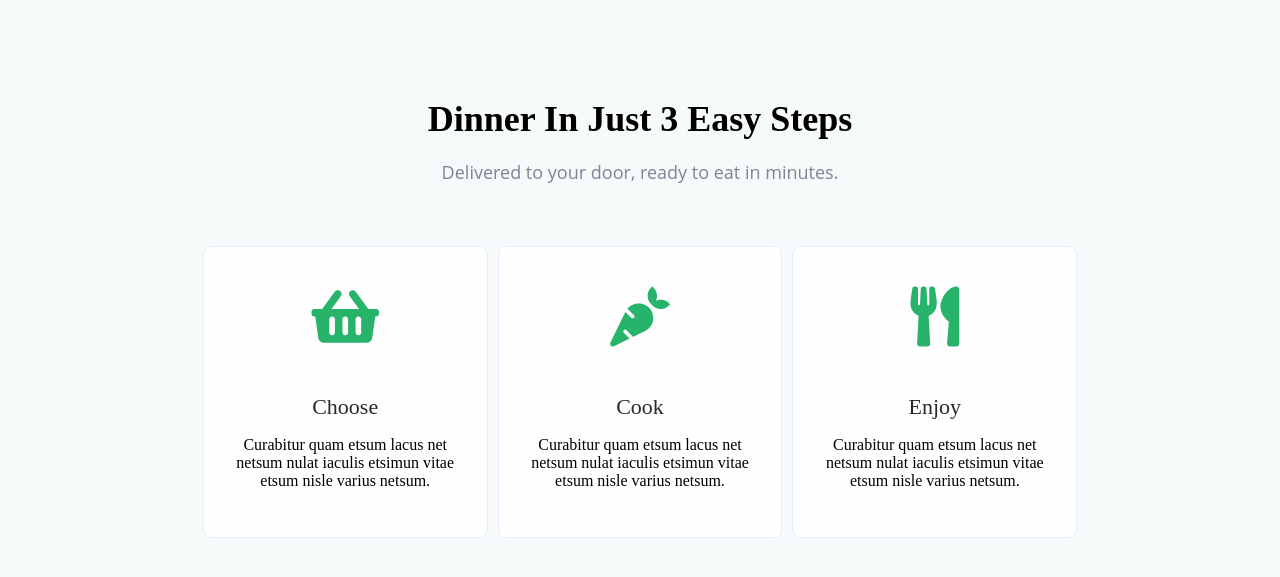
Repository: ST-United-Internship/leadpage
Page: card-UI.html
The author's editor kept a copy of each file at every save. The page is drawn from the files as they stood at one save, then again after a run of saves.
The browser window is 1280 px wide. The pictures show the whole page.

Above is the page before, as saved 2023-03-15 16:04:19.

### card-UI.html
<!DOCTYPE html>
<html lang="en">
<head>
    <meta charset="UTF-8">
    <meta http-equiv="X-UA-Compatible" content="IE=edge">
    <meta name="viewport" content="width=device-width, initial-scale=1.0">
    <title>Document</title>
    <link rel="stylesheet" href="css/card-UI.css">
    <link rel="stylesheet" href="css/common.css">
    <link rel="stylesheet" href="https://use.fontawesome.com/releases/v5.15.4/css/all.css" integrity="sha384-DyZ88mC6Up2uqS4h/KRgHuoeGwBcD4Ng9SiP4dIRy0EXTlnuz47vAwmeGwVChigm" crossorigin="anonymous"/>
</head>
<body>
        <section>
            <!--begin title-->
            <div class="about">
                <div class="row-title">
                    <div class="title-text">
                        <h2>Dinner In Just 3 Easy Steps</h2>
                        <p>Delivered to your door, ready to eat in minutes.</p>
                    </div>
                </div>
            </div>
            <!--begin card-->
            <div class="card-UI">
                <div class="about">
                    <div class="columm">
                        <div class="title-card">
                            <i class="fas fa-shopping-basket"></i>
                            <h3>Choose</h3>
                            <p>Curabitur quam etsum lacus net netsum nulat iaculis etsimun vitae etsum nisle varius netsum.</p>
                        </div>
                        <div class="title-card">
                            <i class="fas fa-carrot"></i>
                            <h3>Cook</h3>
                            <p>Curabitur quam etsum lacus net netsum nulat iaculis etsimun vitae etsum nisle varius netsum.</p>
                        </div>
                        <div class="title-card">
                            <i class="fas fa-utensils"></i>
                            <h3>Enjoy</h3>
                            <p>Curabitur quam etsum lacus net netsum nulat iaculis etsimun vitae etsum nisle varius netsum.</p>
                        </div>
                    </div>
                </div>
            </div>
        </section>
</body>
</html>

### css/card-UI.css
body{
    background: #f7fafa;
}

section{
    background: #f7fafa;
    padding: 90px 0 100px 0;
}

.about{
    background-color: #f7fafa;
}

.row-title{
    text-align: center;
}
 .title-text{
    text-align: center;
    /* margin-right: -15px;
    margin-left: -15px; */
}

.about .row-title .title-text h2{
    font-size: 36px;
    margin-bottom: 10px;
    margin-top: 0px;
}

.about .row-title .title-text p{
    font-size: 18px;
    line-height: 28px;
    font-weight: 400;
    color: #7c8595;
    margin-bottom: 15px;
    font-family: 'Open Sans', sans-serif;
}

.card-UI{
    position: relative;
}

.card-UI .about .columm{
    display: flex;
    justify-content: center;
}

.title-card{
    position: relative;
    margin: 45px 5px 5px 5px;
    padding: 40px 15px 32px 15px;
    overflow: hidden;
    text-align: center;
    border: 1px solid #e5efff;
    background-color: #fefefe;
    border-radius: 8px 8px;
    transition: all 1s;
    width: 20%;
    height: 50%;

}

.title-card:hover{
    border: 1px solid #27b36a;
    transform: scale(1.05, 1.05);
}

.columm::after, ::before{
    box-sizing: border-box;
}

.card-UI .about .columm .title-card i{
    margin-bottom: 25px;
    font-size: 60px;
    color: #27b36a;
}

.card-UI .about .columm .title-card h3{
    font-size: 22px;
    font-weight: 500;
    color: #292929;
    margin-bottom: 15px;
}

.card-UI .about .columm .title-card p{
    padding: 0 10px;
    margin-bottom: 15px
}


@media only screen and (max-width:1000px) {

    .about{
        width: auto;
        align-items: center;
    }
    .columm{
        /* width: auto; */
        flex-direction: column;
        justify-content: center;
        align-items: center;
        text-align: center;
        margin: 0px 0px 0px 0px;
        padding: 30px;
    }
    .title-card{
        width: auto;
    }
}

### css/common.css
.container {
  max-width: 80%;
  margin: auto;
  border: 1px solid blue;
}
.card {
  width: 400px;
}
.space-vertical {
  padding: 20px 0;
}

.space-horizontal {
  padding: 0 20px;
}

*,
**,
*::before,
*::after {
  box-sizing: border-box;
}

After the next 2 saves:
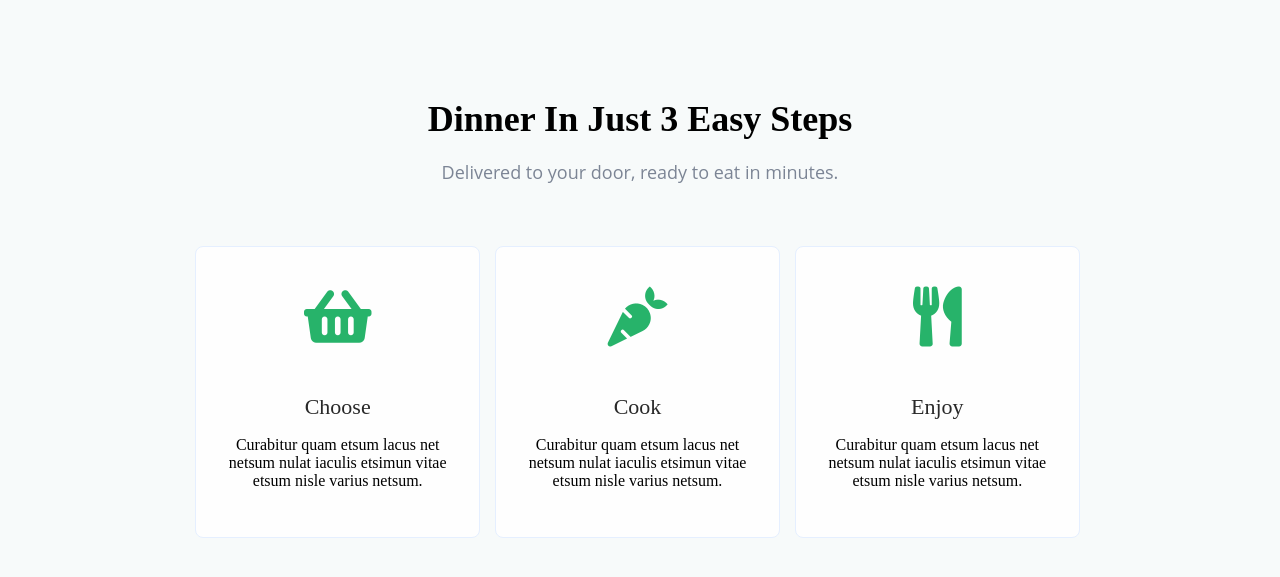
The 2 saves are shown as one change because they came seconds apart.
The last was saved 95 s later.
--- a/css/card-UI.css
+++ b/css/card-UI.css
@@ -46,7 +46,7 @@
 
 .title-card{
     position: relative;
-    margin: 45px 5px 5px 5px;
+    margin: 45px 10px 10px 5px;
     padding: 40px 15px 32px 15px;
     overflow: hidden;
     text-align: center;

After the 3 saves that followed:
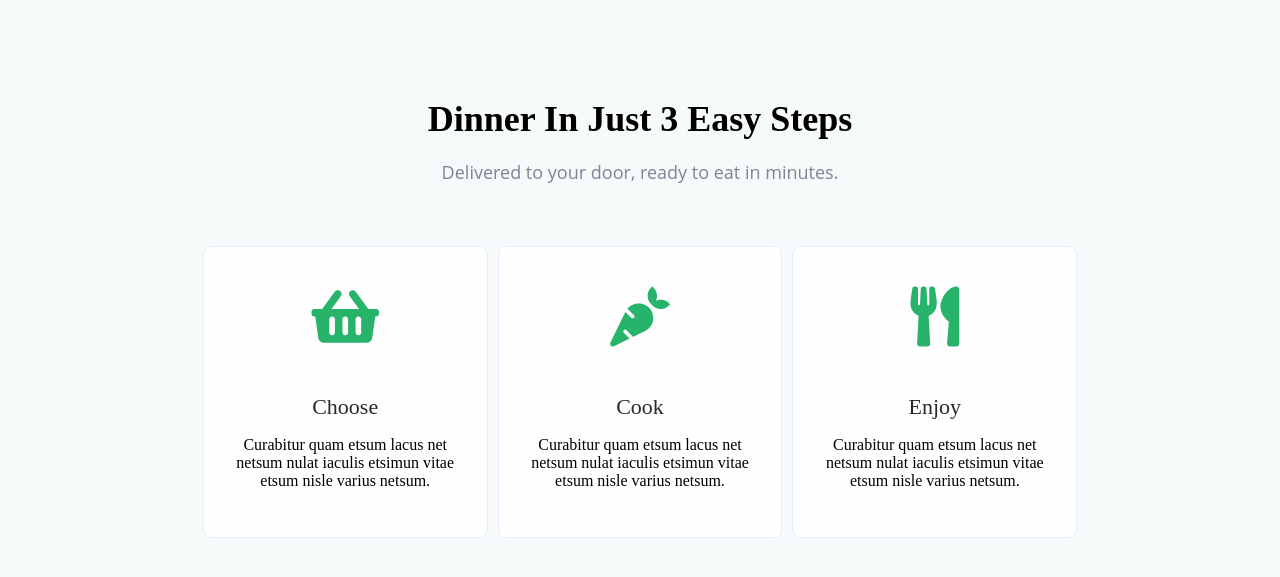
The 3 saves are shown as one change because 1 left the picture as it was and some came seconds apart.
The last was saved 44 s later.
--- a/css/card-UI.css
+++ b/css/card-UI.css
@@ -46,7 +46,7 @@
 
 .title-card{
     position: relative;
-    margin: 45px 10px 10px 5px;
+    margin: 45px 5px 10px 5px;
     padding: 40px 15px 32px 15px;
     overflow: hidden;
     text-align: center;
